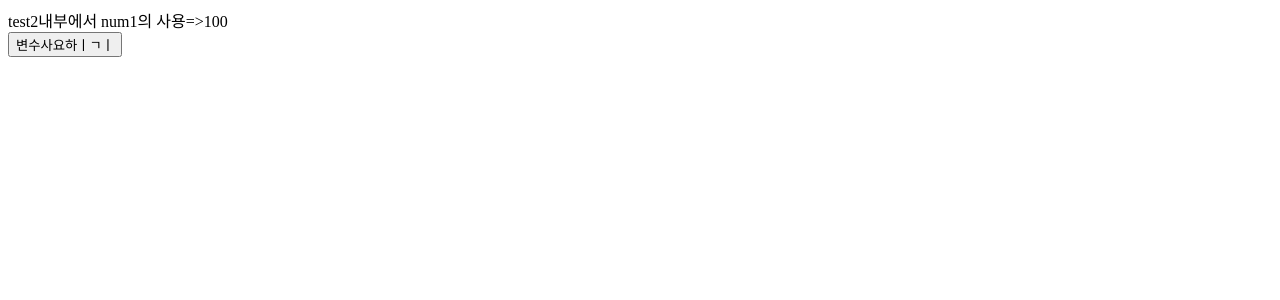
Repository: snowcuphea/webwork_class
Page: clientweb/WebContent/js_basic/js_function_variable_test.html
An editor plug-in stored every save of this project. The page is shown before and after the next save, followed by the edit.
The browser window is 1280 px wide. The pictures show the whole page.

Above is the page before, as saved 2020-01-07 06:37:40.

### clientweb/WebContent/js_basic/js_function_variable_test.html
<!DOCTYPE html>
<html>
<head>
<meta charset="EUC-KR">
<title>Insert title here</title>
	<script type="text/javascript">
	//자바스크립트에서 전역변수와 지역변수를 구분하여 선언하기(선언위치,var)
	// => 함수끼리 변수를 공유해서 사용하는 경우 유용
	// 1. 함수밖에서 변수를 선언하는 경우
	num1 =100;
	function test1(){
		document.write("test1내부에서 num1의 사용=>"+num1+"<br/>");
	}
	function test2(){
		document.write("test2내부에서 num1의 사용=>"+num1+"<br/>");
	}

	</script>

</head>
<body>
	<script type="text/javascript">
	document.write("test2내부에서 num1의 사용=>"+num1+"<br/>");
	</script>
	<input type= "button" value ="변수사요하ㅣㄱㅣ" onclick ="alert(num1)"/>

</body>
</html>

After the next save:
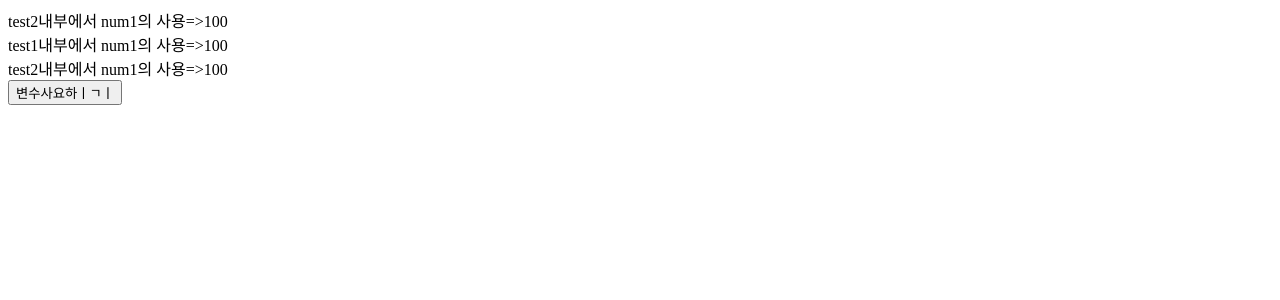
Saved 18 s later.
--- a/clientweb/WebContent/js_basic/js_function_variable_test.html
+++ b/clientweb/WebContent/js_basic/js_function_variable_test.html
@@ -21,6 +21,8 @@
 <body>
 	<script type="text/javascript">
 	document.write("test2내부에서 num1의 사용=>"+num1+"<br/>");
+	test1();
+	test2();
 	</script>
 	<input type= "button" value ="변수사요하ㅣㄱㅣ" onclick ="alert(num1)"/>
 
